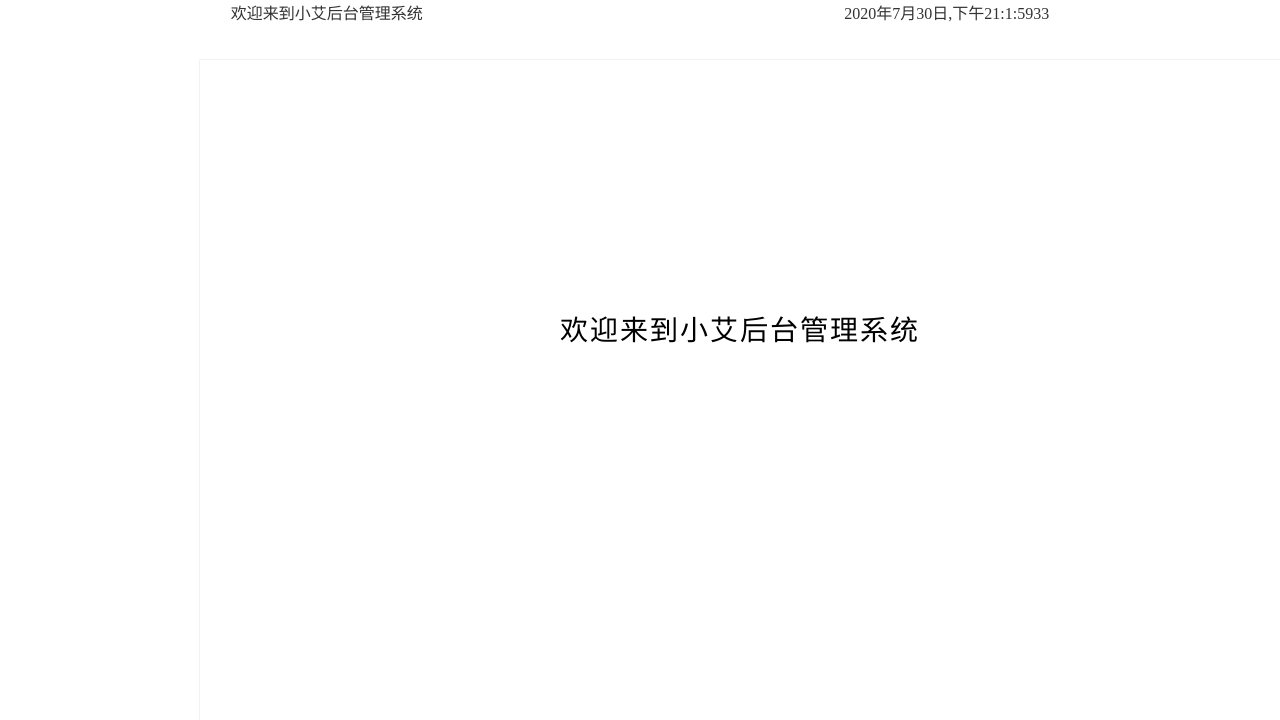
Repository: noob-injoker/router-slots-cw-ee
Page: /
These files come from the project's save history. The page is drawn as it stood at one moment and after the next save; the edit follows.
The browser window is 1280 px wide. The pictures show the whole page.
The page's requests for data from a server got no answer. The project was rebuilt for these pictures with package versions that can differ from the ones it lists, and the page was loaded fresh each time. No one was signed in, and anything a server would have sent is missing. Also part of the build but not shown: vue.config.js.

Above is the page before, as saved 2020-08-30 21:05:45.

After the next save:
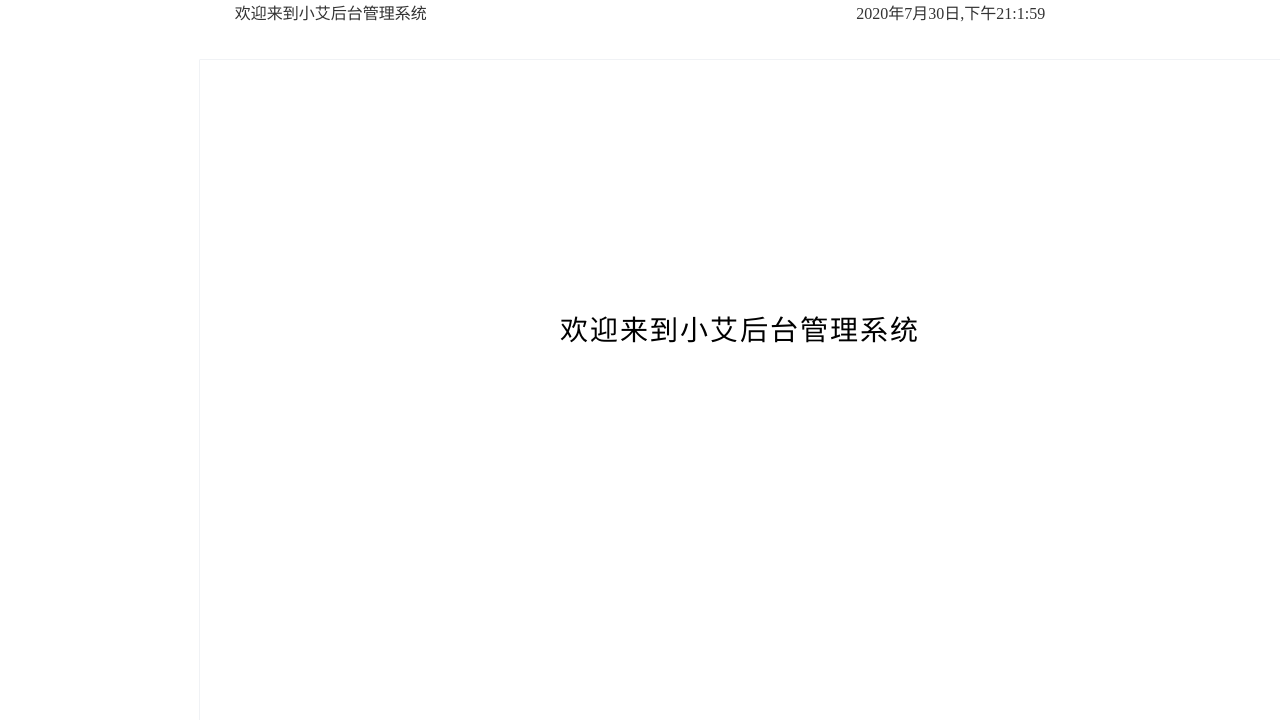
Saved 13 s later.
--- a/src/components/nav/headerNav.vue
+++ b/src/components/nav/headerNav.vue
@@ -2,7 +2,7 @@
 <div class="df j-around a-center">
   <div>欢迎来到小艾后台管理系统</div>
   <div>
-    <div>{{time}}33</div>
+    <div>{{time}}</div>
   </div>
 </div>
 </template>
